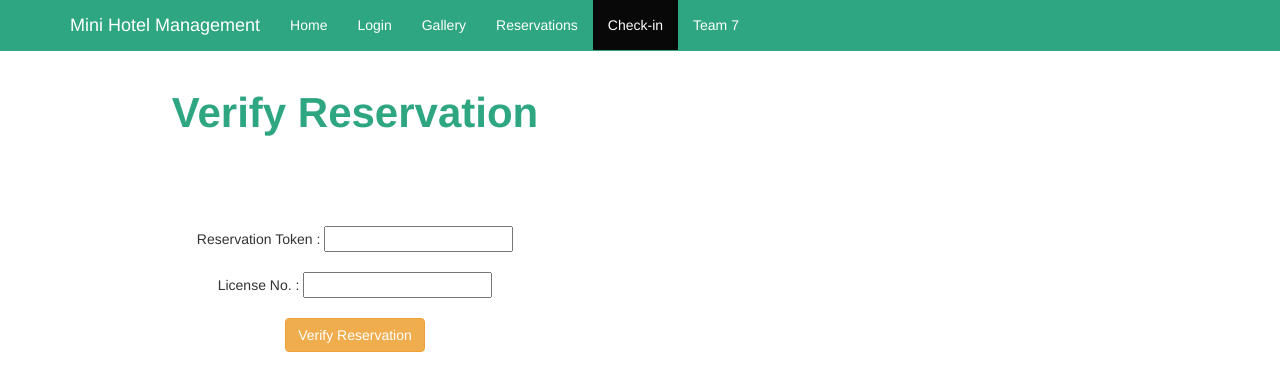
Repository: arjunshukla/CMPE-275_Team-07_Term-Project_Mini-Hotel-Manager
Page: NodeJS_webapp/client/verifyReservation.html
The author's editor kept a record of every edit. The page is drawn from the files as they stood at one moment, then again after the next edit.
The browser window is 1280 px wide. The pictures show the whole page.
Some web libraries are served in a nearby version.

Above is the page before.

After the next edit:
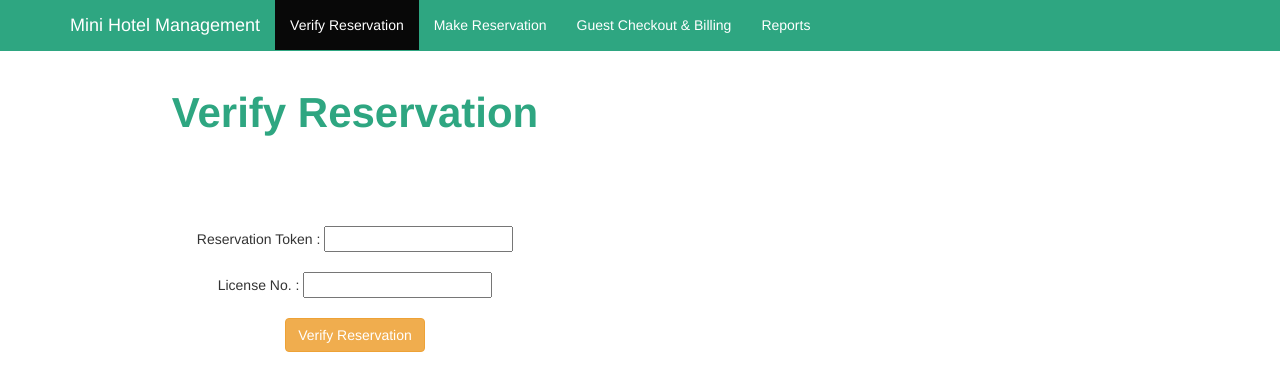
The edit:
--- a/NodeJS_webapp/client/verifyReservation.html
+++ b/NodeJS_webapp/client/verifyReservation.html
@@ -47,13 +47,11 @@
       </div>
       <div id="navbar" class="collapse navbar-collapse">
         <ul class="nav navbar-nav">
-          <li><a href="index_updated.html">Home</a></li>
-          <li><a href="login.html">Login</a></li>
-          <!--<li><a href="what_is_pally_updated.html">What is Pally</a></li>-->
-          <li><a href="hotel_gallery">Gallery</a></li>
-          <li><a href="reservation.html">Reservations</a></li>
-          <li class="active"><a href="checkin.html">Check-in</a></li>
-          <li><a href="meet_our_team.html">Team 7</a></li>
+          <li class="active"><a href="verifyReservation">Verify Reservation</a></li>
+          <li ><a href="index.html">Make Reservation</a></li>
+            <li><a href="checkout">Guest Checkout & Billing</a></li>
+            <li><a href="report">Reports</a></li>
+
         </ul>
       </div>
       <!--/.nav-collapse -->
